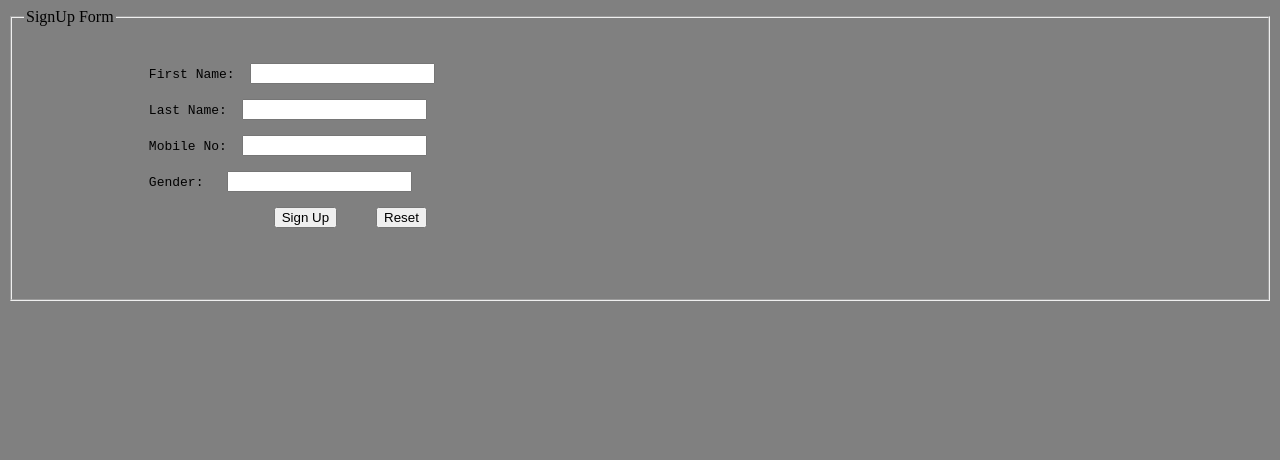
Repository: USChaurasiya/SpringCore
Page: http://localhost/SpringExample/
An editor plug-in stored every save of this project. The page is shown before and after the next save, followed by the edit.
The browser window is 1280 px wide. The pictures show the whole page.
The page is served by Tomcat 9. Other server files are loaded and not shown.

Above is the page before, as saved 2017-02-14 07:37:52.

### SpringExample/WebContent/Signup.jsp
<%@ page language="java" contentType="text/html; charset=UTF-8"
	pageEncoding="UTF-8"%>
<!DOCTYPE html PUBLIC "-//W3C//DTD HTML 4.01 Transitional//EN" "http://www.w3.org/TR/html4/loose.dtd">
<html>
<head>
<meta http-equiv="Content-Type" content="text/html; charset=UTF-8">
<title>Insert title here</title>
</head>
<body bgcolor="grey">


	<form action="signup.do" method="post">
	<fieldset>
		<legend >SignUp Form</legend>
		      <pre>
                <span>First Name: </span> <span><input type="text" name="fname"></span>

                <span>Last Name: </span> <span><input type="text" name="lname"></span>

                <span>Mobile No: </span> <span><input type="text" name="mobile"></span>

                <span>Gender: </span>  <span><input type="text" name="gender"></span>

				<span><input type="submit" value="Sign Up">     <input type="reset"></span>

			</pre>
		     </fieldset>
	</form>

</body>
</html>

After the next save:
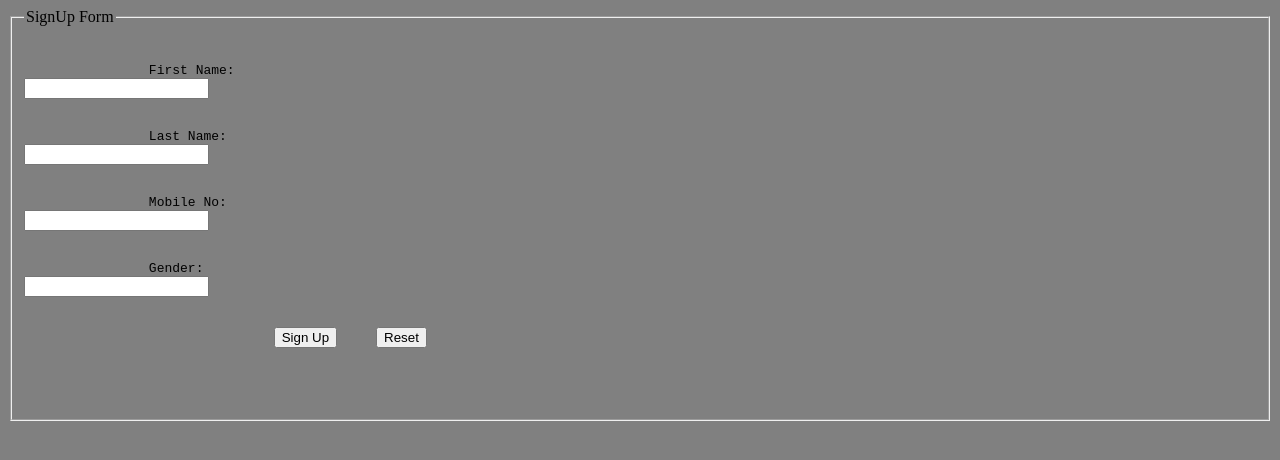
Saved 75 s later.
--- a/SpringExample/WebContent/Signup.jsp
+++ b/SpringExample/WebContent/Signup.jsp
@@ -13,13 +13,13 @@
 	<fieldset>
 		<legend >SignUp Form</legend>
 		      <pre>
-                <span>First Name: </span> <span><input type="text" name="fname"></span>
+                <span>First Name: </span> <div><input type="text" name="fname"></div>
 
-                <span>Last Name: </span> <span><input type="text" name="lname"></span>
+                <span>Last Name: </span> <div><input type="text" name="lname"></div>
 
-                <span>Mobile No: </span> <span><input type="text" name="mobile"></span>
+                <span>Mobile No: </span> <div><input type="text" name="mobile"></div>
 
-                <span>Gender: </span>  <span><input type="text" name="gender"></span>
+                <span>Gender: </span>  <div><input type="text" name="gender"></div>
 
 				<span><input type="submit" value="Sign Up">     <input type="reset"></span>
 
